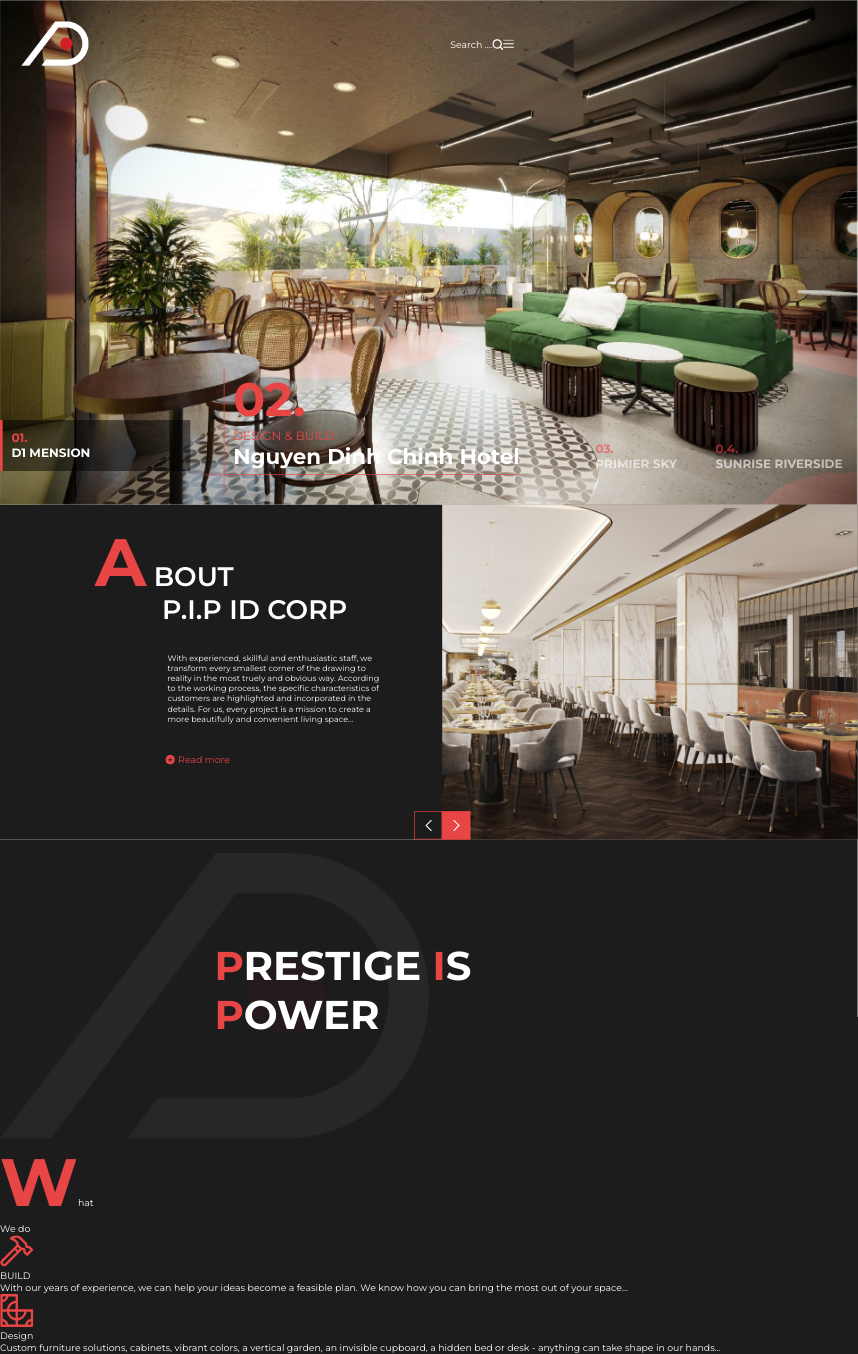
Repository: huudang2840/pipHomePage
Page: index.html
An editor plug-in stored every save of this project. The page is shown before and after the next save, followed by the edit.
The browser window is 1280 px wide. The pictures show the whole page, at 67% of full size.

Above is the page before, as saved 2023-03-21 15:00:00.

After the next save:
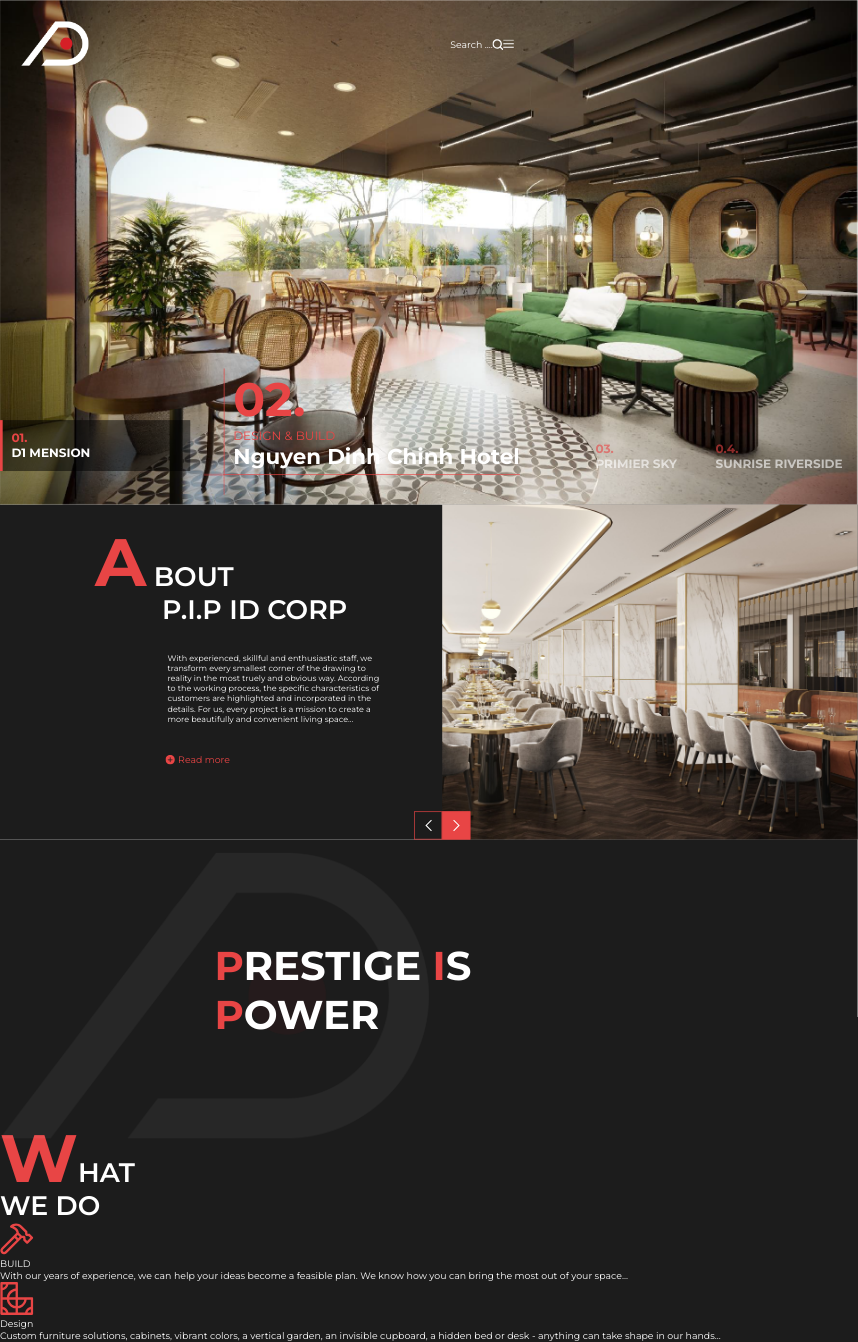
Saved 36 s later.
--- a/style/style.css
+++ b/style/style.css
@@ -268,4 +268,8 @@
 }
 
 .wedo__bottom h1 {
-}
+  font-weight: 600;
+  font-size: 40px;
+  text-transform: uppercase;
+  line-height: 50px;
+}
